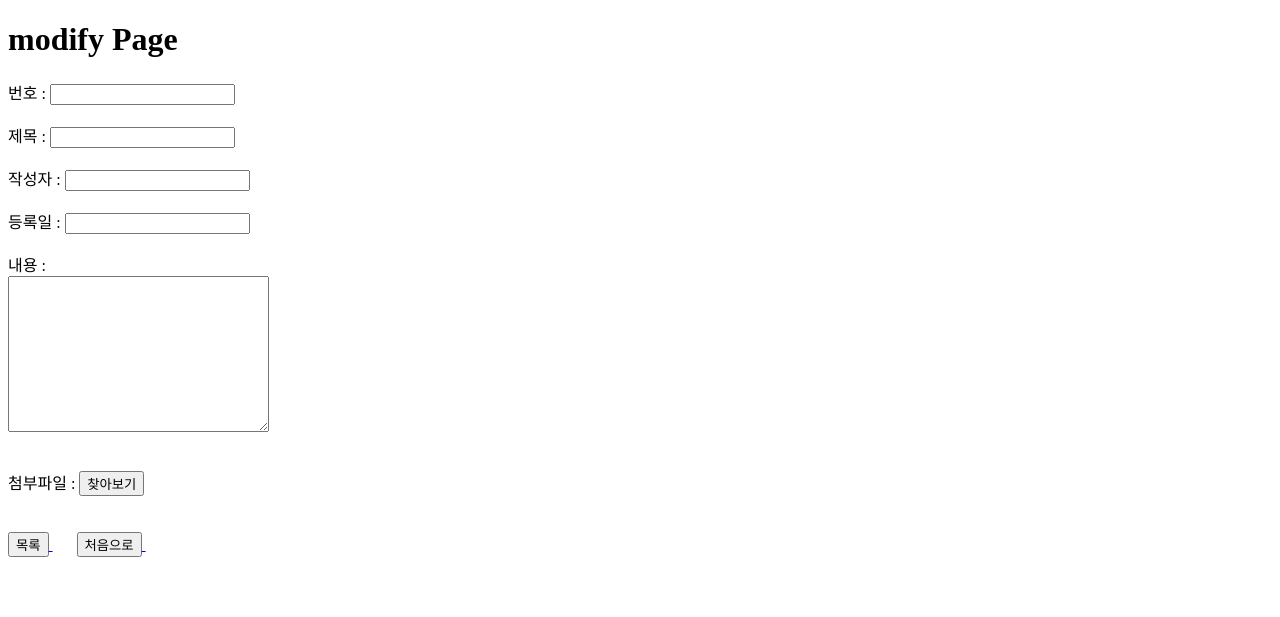
Repository: bbqju13/20230613spring
Page: http://localhost/spring/WEB-INF/views/board/modify.jsp
An editor plug-in stored every save of this project. The page is shown before and after the next save, followed by the edit.
The browser window is 1280 px wide. The pictures show the whole page.
The page is served by Tomcat 9. Nobody is signed in. The template is opened directly, without the code that normally fills it, so the values that code supplies are empty.

Above is the page before, as saved 2023-06-15 04:59:19.

After the next save:
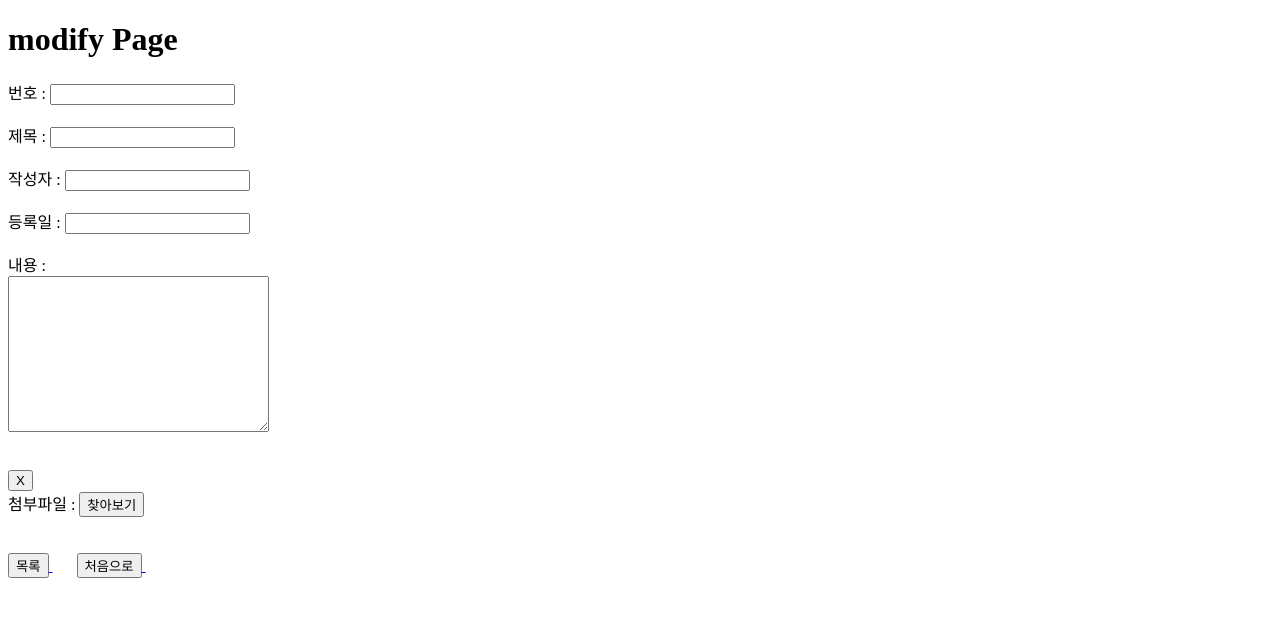
Saved 48 s later.
--- a/_spring_project1/spring/src/main/webapp/WEB-INF/views/board/modify.jsp
+++ b/_spring_project1/spring/src/main/webapp/WEB-INF/views/board/modify.jsp
@@ -39,12 +39,12 @@
 						<div>
 						 ${fvo.file_name }
 						</div>
-						<button type="button" class="file-x" data-uuid="${fvo.uuid }">X</button>
 
 
 			</li>
 		</c:forEach>
 	</ul>
+						<button type="button" class="file-x" data-uuid="${fvo.uuid }">X</button>
 </div>
 <!-- 파일등록 -->
 	첨부파일 : <input type="file" id="file" name="files" multiple style="display: none">
